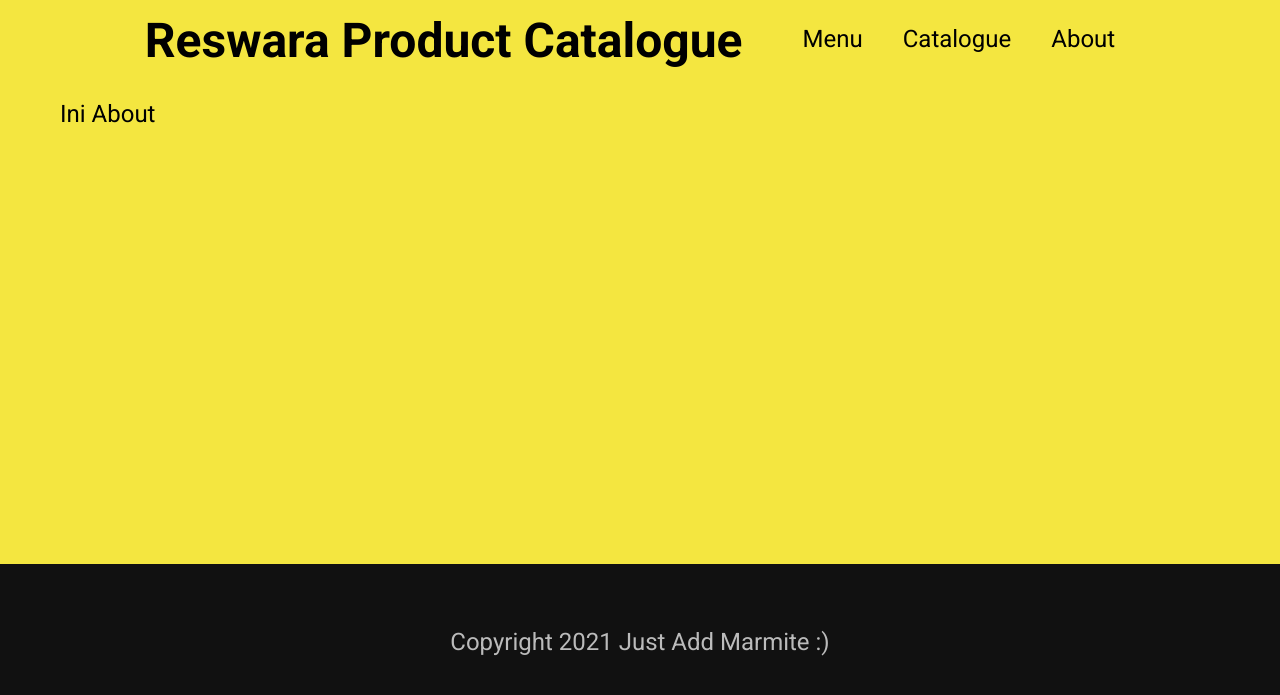
Repository: Fauzaanmhmd/Skripsi
Page: /about/about
These files come from the project's save history. The page is drawn as it stood at one moment and after the next save; the edit follows.
The browser window is 1280 px wide. The pictures show the whole page.
The project was rebuilt for these pictures with package versions that can differ from the ones it lists, and the page was loaded fresh each time. The framework's server and built-in components were replaced by stand-ins that run in the browser. Also part of the build but not shown: next.config.js.

Above is the page before, as saved 2021-05-24 21:25:41.

### pages/about/about.js
import Layout from "../../components/Layout"

export default function About({ recipes }) {
    return (
        <Layout>
            Ini About
        </Layout>

    )
}

### styles/globals.css
@import url('https://fonts.googleapis.com/css2?family=Roboto:ital,wght@0,100;0,300;0,400;0,500;0,700;0,900;1,100;1,300;1,400;1,500;1,700;1,900&display=swap');

body {
  background: #F4E640;
  margin: 0;
  font-family: 'Roboto';
  font-size: 1.5em;
}
.layout {
  min-height: 100vh;
  display: flex;
  flex-direction: column;
}
header {
  text-align: center;
}
header a {
  text-decoration: none;
  color: black;
  text-transform: uppercase;
  display: inline-block;
}
header h1, header h2 {
  margin: 0;
}
header span {
  display: block;
  line-height: 1em;
}
header span:first-child {
  font-size: 1em;
  font-weight: 400;
}
header span:last-child {
  font-size: 1.5em;
  font-weight: 800;
}
header h2 {
  font-size: 1.2em;
  font-weight: 400;
}
footer {
  background: #111;
  color: #bbb;
  padding: 40px;
  text-align: center;
  margin-top: auto
}
.page-content {
  max-width: 1200px;
  margin: 20px auto 80px;
  padding: 0 20px;
  width: 100%;
  box-sizing: border-box;
}

.navbar {
  display: flex;
  justify-content: center;
  height: 60px;
  padding: 10px 20px;
  align-items: center;
  background-color: #F4E640;
  position: relative;
}

ul{
  list-style-type: none;
  display: flex;
}

li {
  margin: 20px;
  cursor: pointer;
  border-bottom: 2px solid #F4E640;
}
li:hover {
background-color: transparent;
border-bottom: 2px solid black;
}
.navimg{
  position: absolute;
  left: 20px;
}

.zoom:hover {
  -ms-transform: scale(1.5); /* IE 9 */
  -webkit-transform: scale(1.5); /* Safari 3-8 */
  transform: scale(1.5);
  transition: transform .9s;
}

img {
  width: 550px;
  height: 380px;
  margin: 10px 30px 0px 30px;
  padding: 10px 20px 0px 20px;
  display: flex;
  justify-content: center;
  align-items: center;
  position: relative;
  cursor: pointer;
}

img:hover {
  -ms-transform: scale(1.1); /* IE 9 */
  -webkit-transform: scale(1.1); /* Safari 3-8 */
  transform: scale(1.1);
  transition: transform .9s;
}

.image {
  display: grid;
  grid-template-columns: repeat(2,minmax(0,1fr));
  grid-gap: .5rem;
  padding: 0 50px;
}

.button {
  cursor : pointer;
  margin: 0 30px;
  padding: 0 20px;
  width: 100px;
}

.button {
  cursor: pointer;
    margin-bottom: 30px;
    margin-top: 30px;
    margin-left: 0px;
    margin-right: 0px;
    padding-top: 10px;
    padding-bottom: 10px;
    border-top-width: 2px;
    border-bottom-width: 2px
}

.img-bg {
  display: flex;
  background-color: white;
  flex-direction: column;
  justify-content: center;
  align-items: center;
  width: 65%;
  height: 150px;
  margin: -50px 0px 40px 90px;
}

.zoom-dropdown:hover {
  -ms-transform: scale(1.5); /* IE 9 */
  -webkit-transform: scale(1.5); /* Safari 3-8 */
  transform: scale(1.5);
  transition: transform .9s;
}

### components/Layout.js
import Link from 'next/link'
import Navbar from './Navbar'

export default function Layout({ children }) {

  return (
    <div className="layout">
      <header>
        <Navbar />
      </header>

      <div className="page-content">
        {children}
      </div>



      <footer>
        <p>Copyright 2021 Just Add Marmite :)</p>
      </footer>
    </div >
  )
}

### components/Navbar.js
import Link from 'next/link'

const Navbar = props => {
    return (
        <div className="navbar">
            <h1 className="zoom">Reswara Product Catalogue</h1>
            <ul className="navbar_menu">
                <Link href="/">
                    <li className="zoom">Menu</li>
                </Link>
                <Link href="/catalogue">
                    <li className="zoom-dropdown">Catalogue</li>
                </Link>
                <Link href="/about">
                    <li className="zoom">About</li>
                </Link>
            </ul>
        </div>
    )
}

export default Navbar

Loaded but not shown: pages/_app.js (common file)

After the next save:
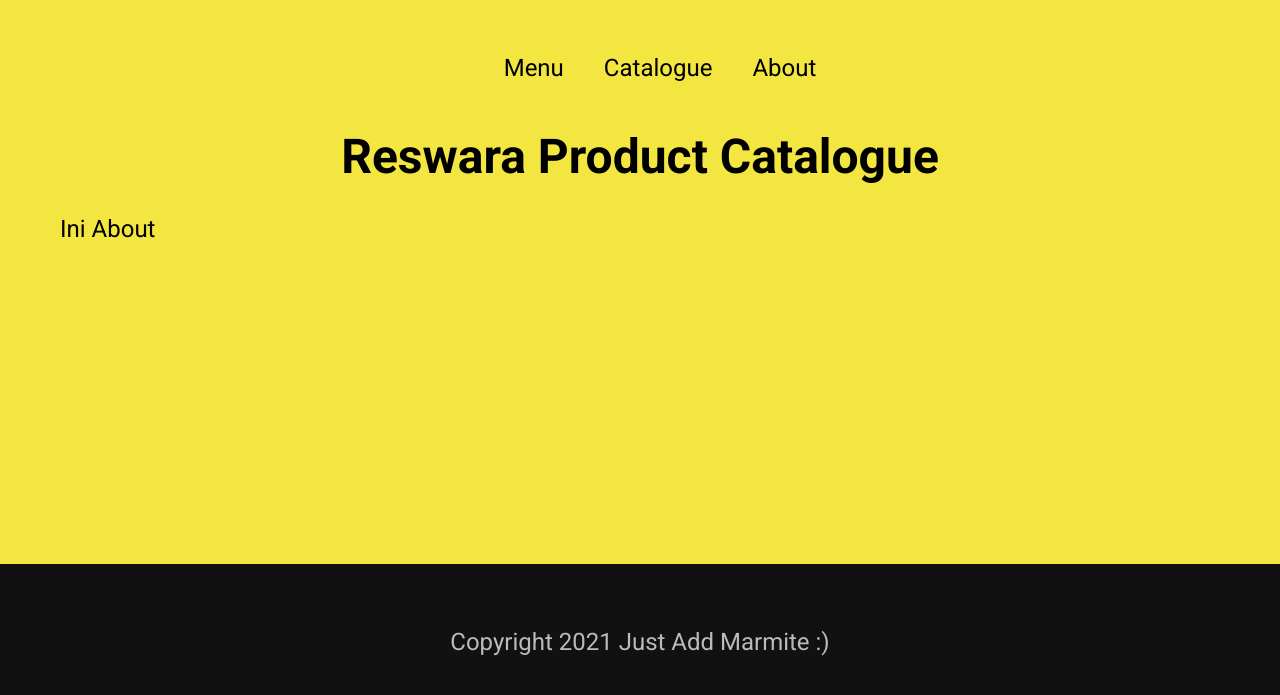
Saved 111 s later.
--- a/styles/globals.css
+++ b/styles/globals.css
@@ -57,11 +57,11 @@ footer {
 .navbar {
   display: flex;
   justify-content: center;
-  height: 60px;
   padding: 10px 20px;
   align-items: center;
   background-color: #F4E640;
   position: relative;
+  flex-direction: column-reverse;
 }
 
 ul{
